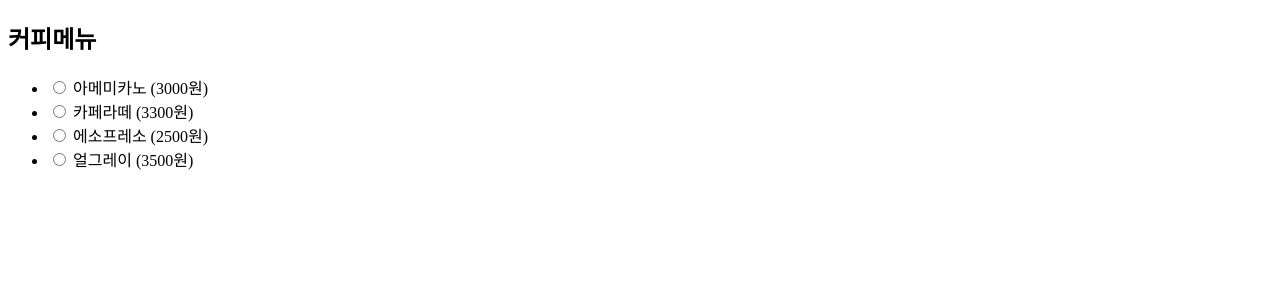
Repository: ohseung-web/OTjsp2026
Page: http://localhost/chapter/coffee/coffee.jsp
The author's editor kept a copy of each file at every save. The page is drawn from the files as they stood at one save, then again after the next save.
The browser window is 1280 px wide. The pictures show the whole page.
The page is served by Tomcat 9.

Above is the page before, as saved 2026-10-18 06:51:17.

### chapter/src/main/webapp/coffee/coffee.jsp
<%@ page language="java" contentType="text/html; charset=UTF-8"
    pageEncoding="UTF-8" import="java.util.*"%>
<!DOCTYPE html>
<html>
<head>
<meta charset="UTF-8">
<title>Insert title here</title>
</head>
<body>

	<h2> 커피메뉴 </h2>
	<form action="coffeeProc.jsp" method="get">
		<ul>
			<li>
				<input type="radio" name="coffee" id="ame">
				<label for="ame">아메미카노 (3000원)</label>
			</li>
			<li>
				<input type="radio" name="coffee" id="cafe">
				<label for="cafe">카페라떼 (3300원)</label>
			</li>
			<li>
				<input type="radio" name="coffee" id="asofress">
				<label for="asofress">에소프레소 (2500원)</label>
			</li>
			<li>
				<input type="radio" name="coffee" id="ale">
				<label for="ale">얼그레이 (3500원)</label>
			</li>
		</ul>
	</form>
</body>
</html>

After the next save:
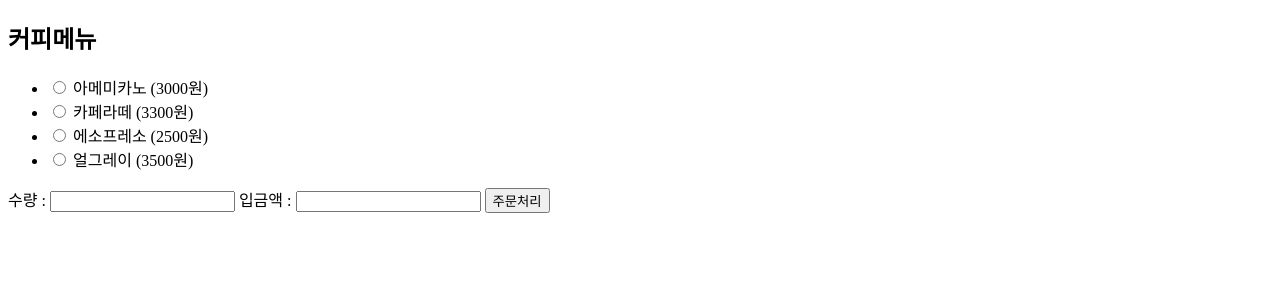
Saved 2 min 6 s later.
--- a/chapter/src/main/webapp/coffee/coffee.jsp
+++ b/chapter/src/main/webapp/coffee/coffee.jsp
@@ -28,6 +28,11 @@
 				<label for="ale">얼그레이 (3500원)</label>
 			</li>
 		</ul>
+		<label for="quantity">수량 : </label>
+		<input type="number" id="quantity">
+		<label for="memoy">입금액 : </label>
+		<input type="number" id="memoy">
+		<input type="submit" value="주문처리">
 	</form>
 </body>
 </html>
